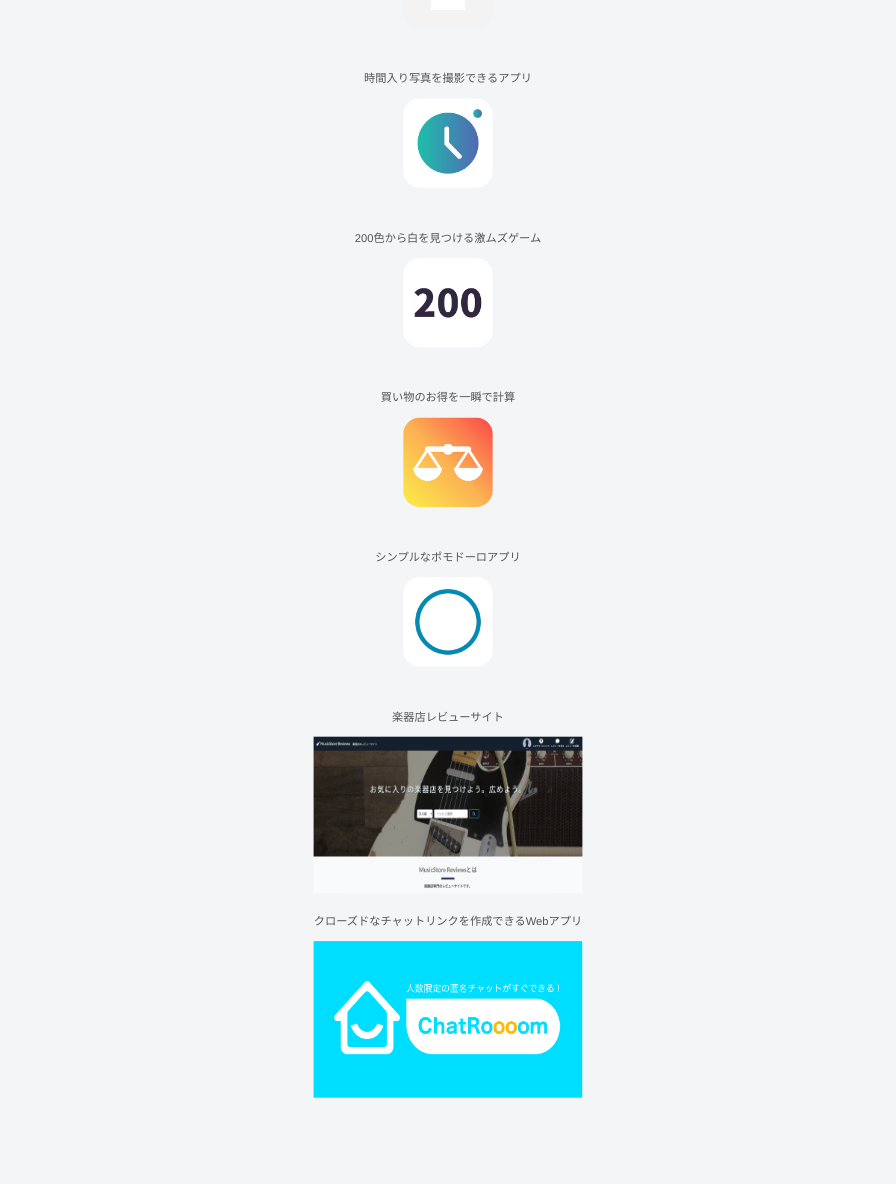
Repository: nosuke0926/my-portfolio
Page: /works
The author's editor kept a copy of each file at every save. The page is drawn from the files as they stood at one save, then again after the next save.
The browser window is 1280 px wide. The pictures show the part of the page from y = 3029 to 4949 px (the page is 4721 px tall before and 4949 px after), at 70% of full size.
The project was rebuilt for these pictures with package versions that can differ from the ones it lists, and the page was loaded fresh each time. The framework's server and built-in components were replaced by stand-ins that run in the browser. Also part of the build but not shown: next.config.js.

Above is the page before, as saved 2022-09-25 22:17:36.

### pages/_app.tsx
import React from 'react'
import { AppProps } from 'next/app'
import NavTabs from '../components/Tab'
import styles from '../components/layout.module.css'
import utilStyles from '../styles/utils.module.css'
import '../styles/styles.scss'

const App = ({ Component, pageProps }: AppProps) => (
  <div className={utilStyles.backgroundColor}>
    <header className={styles.header}>
      <NavTabs />
    </header>
    <Component {...pageProps} />
  </div>
)

export default App

### pages/works.tsx
import Layout from '../components/Layout'
import utilStyles from '../styles/utils.module.css'
import styles from '../components/layout.module.css'
import TransitionsModal from '../components/modal'

const WorksView = (props: any) => (
  <Layout>
    <div className={styles.header}>
      <p>世の中を少しだけ面白く、便利にするサービスを開発しています。</p>
      <section className={utilStyles.headingMd}>
        <p>
          <TransitionsModal
            src="/images/products/subsc.png"
            alt="アプリ（さぶすく）"
            description="サブスクリプションを賢く管理するアプリ"
            appTitle="さぶすく"
            useTechnology={['Flutter', 'Firebase']}
            appDescription="サービスの無料期間終了前にプッシュ通知でお知らせします。毎月・毎年のサブスクリプションサービスにいくらお金を使っているのかもグラフで可視化します。"
            iosUrl="https://apps.apple.com/jp/app/id1506451600?mt=8"
            productHuntUrl="https://www.producthunt.com/posts/subsc?utm_source=badge-featured&utm_medium=badge&utm_souce=badge-subsc"
            productHuntPostId="349809"
            androidUrl="https://play.google.com/store/apps/details?id=com.nosuke.subscriptionManagement&pcampaignid=pcampaignidMKT-Other-global-all-co-prtnr-py-PartBadge-Mar2515-1"
            type="native"
          />
        </p>
        <p>
          <TransitionsModal
            src="/images/products/rapid.png"
            alt="アプリ（爆速Todoメモ）"
            description="起動して2秒でメモできるアプリ"
            appTitle="爆速Todoメモ"
            useTechnology={['Flutter']}
            appDescription="アプリを起動すると同時にキーボードが開きます。また記入と閲覧が同時にできるよう一画面を分割した新しいメモアプリです。"
            iosUrl="https://apps.apple.com/jp/app/id1511398926?mt=8"
            androidUrl="https://play.google.com/store/apps/details?id=com.nosuke.rapid&pcampaignid=pcampaignidMKT-Other-global-all-co-prtnr-py-PartBadge-Mar2515-1"
            type="native"
          />
        </p>
        <p>
          <TransitionsModal
            src="/images/products/yomoo.png"
            alt="アプリ（Yomoo）"
            description="ニューモフィズムな読書管理アプリ"
            appTitle="Yomoo"
            useTechnology={['Flutter']}
            appDescription="2020年~のUIデザインのトレンドであるNeumorphismを取り入れた読書管理アプリです。楽天ブックスAPI、openBDと連携してバーコード読み取りからの書籍登録が可能です。"
            iosUrl="https://apps.apple.com/jp/app/id1516860157?mt=8"
            androidUrl="https://play.google.com/store/apps/details?id=com.nosuke.yomoo&pcampaignid=pcampaignidMKT-Other-global-all-co-prtnr-py-PartBadge-Mar2515-1"
            type="native"
          />
        </p>
        <p>
          <TransitionsModal
            src="/images/products/oshiPay.png"
            alt="アプリ（推しPay）"
            description="推しへの愛を管理&シェアするアプリ"
            appTitle="推しPay"
            useTechnology={['Flutter', 'Firebase']}
            appDescription="「推し」にいくらお金を使っているのかを記録&SNSにシェアできるアプリです。"
            iosUrl="https://apps.apple.com/jp/app/id1523768983?mt=8"
            androidUrl="https://play.google.com/store/apps/details?id=com.nosuke.oshi_pay&pcampaignid=pcampaignidMKT-Other-global-all-co-prtnr-py-PartBadge-Mar2515-1"
            type="native"
          />
        </p>
        <p>
          <TransitionsModal
            src="/images/products/tubenote.png"
            alt="アプリ（TubeNote）"
            description="YouTubeを見ながらメモできるアプリ"
            appTitle="TubeNote"
            useTechnology={['Flutter', 'Firebase', 'Algolia']}
            appDescription="YouTubeを見ながらリアルタイムにメモできるアプリです。"
            iosUrl="https://apps.apple.com/jp/app/id1535634801?mt=8"
            productHuntUrl="https://www.producthunt.com/posts/tubenote?utm_source=badge-featured&utm_medium=badge&utm_souce=badge-tubenote"
            productHuntPostId="279810"
            androidUrl="https://play.google.com/store/apps/details?id=com.nosuke.movieMemo&pcampaignid=pcampaignidMKT-Other-global-all-co-prtnr-py-PartBadge-Mar2515-1"
            type="native"
          />
        </p>
        <p>
          <TransitionsModal
            src="/images/products/migru.png"
            alt="アプリ（ミグル）"
            description="簡単に頭痛を記録するアプリ"
            appTitle="ミグル"
            useTechnology={['Flutter', 'Firebase']}
            appDescription="頭痛の記録・振り返りに特化したシンプルなアプリです。"
            iosUrl="https://apps.apple.com/jp/app/id1564686045?mt=8"
            androidUrl="https://play.google.com/store/apps/details?id=com.nosuke.migraine&pcampaignid=pcampaignidMKT-Other-global-all-co-prtnr-py-PartBadge-Mar2515-1"
            type="native"
          />
        </p>
        <p>
          <TransitionsModal
            src="/images/products/marry_talk.png"
            alt="アプリ（マリートーク）"
            description="夫婦の悩みを匿名チャット"
            appTitle="マリートーク"
            useTechnology={['Flutter', 'Firebase']}
            appDescription="完全匿名&女性限定で夫婦の愚痴や悩みをチャットできるアプリです。"
            iosUrl="https://apps.apple.com/jp/app/id1578903905?mt=8"
            androidUrl="https://play.google.com/store/apps/details?id=com.nosuke.marry_talk&pcampaignid=pcampaignidMKT-Other-global-all-co-prtnr-py-PartBadge-Mar2515-1"
            type="native"
          />
        </p>
        <p>
          <TransitionsModal
            src="/images/products/accounts.png"
            alt="アプリ（アカウントフォルダ）"
            description="サービスのアカウントを一括管理するアプリ"
            appTitle="アカウントフォルダ"
            useTechnology={['Flutter']}
            appDescription="サービスのアカウント・パスワードを一括管理するアプリです。データは暗号化・端末に保存されるためセキュリティも安心です。"
            iosUrl="https://apps.apple.com/jp/app/id1606877526?mt=8"
            androidUrl="https://play.google.com/store/apps/details?id=com.nosuke.account_holder&pcampaignid=pcampaignidMKT-Other-global-all-co-prtnr-py-PartBadge-Mar2515-1"
            type="native"
          />
        </p>
        <p>
          <TransitionsModal
            src="/images/products/password_generator.png"
            alt="アプリ（パスワード生成）"
            description="パスワード生成アプリ"
            appTitle="パスワード生成"
            useTechnology={['Flutter']}
            appDescription="パスワードを生成することに特化したシンプルなアプリです。"
            iosUrl="https://apps.apple.com/jp/app/id1635128935?mt=8"
            androidUrl="https://play.google.com/store/apps/details?id=com.nosuke.password_generator&pcampaignid=pcampaignidMKT-Other-global-all-co-prtnr-py-PartBadge-Mar2515-1"
            type="native"
          />
        </p>
        <p>
          <TransitionsModal
            src="/images/products/diary.png"
            alt="アプリ（超シンプル日記）"
            description="シンプルな日記アプリ"
            appTitle="超シンプル日記"
            useTechnology={['Flutter']}
            appDescription="日記に必要な「書く」と「読む」ことに特化したシンプルなアプリです。"
            iosUrl="https://apps.apple.com/jp/app/id1635770040?mt=8"
            androidUrl="https://play.google.com/store/apps/details?id=com.nosuke.diary&pcampaignid=pcampaignidMKT-Other-global-all-co-prtnr-py-PartBadge-Mar2515-1"
            type="native"
          />
        </p>
        <p>
          <TransitionsModal
            src="/images/products/pdf_converter.png"
            alt="アプリ（PDF変換 - 写真や画像をPDFにすぐに変換）"
            description="画像をPDFに変換するアプリ"
            appTitle="PDF変換 - 写真や画像をPDFにすぐに変換"
            useTechnology={['Flutter']}
            appDescription="画像や写真をPDFに変換することができる、シンプルなアプリです。複数の画像をまとめて選択・PDFに変換できます。"
            iosUrl="https://apps.apple.com/jp/app/id1637249390?mt=8"
            androidUrl="https://play.google.com/store/apps/details?id=com.nosuke.pdf_converter&pcampaignid=pcampaignidMKT-Other-global-all-co-prtnr-py-PartBadge-Mar2515-1"
            type="native"
          />
        </p>
        <p>
          <TransitionsModal
            src="/images/products/extract_audio.png"
            alt="アプリ（音声抽出 - 動画をMP3に変換）"
            description="動画から音声抽出するアプリ"
            appTitle="音声抽出 - 動画をMP3に変換"
            useTechnology={['Flutter']}
            appDescription="動画から音声を抽出するだけのシンプルなアプリです。ワンタップでMP3に変換・ダウンロードできます。"
            iosUrl="https://apps.apple.com/jp/app/id1637563140?mt=8"
            androidUrl="https://play.google.com/store/apps/details?id=com.nosuke.extract_audio&pcampaignid=pcampaignidMKT-Other-global-all-co-prtnr-py-PartBadge-Mar2515-1"
            type="native"
          />
        </p>
        <p>
          <TransitionsModal
            src="/images/products/chekiy.png"
            alt="アプリ（Chekiy）"
            description="画像をチェキ風に加工するアプリ"
            appTitle="Chekiy"
            useTechnology={['Flutter']}
            appDescription="写真をチェキ風に加工できる、一番シンプルなアプリです。思い出の一枚を特別なものに。"
            iosUrl="https://apps.apple.com/jp/app/id1638090871?mt=8"
            androidUrl="https://play.google.com/store/apps/details?id=com.nosuke.polaroid&pcampaignid=pcampaignidMKT-Other-global-all-co-prtnr-py-PartBadge-Mar2515-1"
            type="native"
          />
        </p>
        <p>
          <TransitionsModal
            src="/images/products/timestamp.png"
            alt="アプリ（Timestamp Camera）"
            description="時間入り写真を撮影できるアプリ"
            appTitle="Timestamp Camera"
            useTechnology={['Flutter']}
            appDescription="簡単に写真に日付を入れることができるアプリです。カメラで撮影、もしくは写真フォルダから選択した画像に日付を入れられます。"
            iosUrl="https://apps.apple.com/jp/app/id1639662260?mt=8"
            androidUrl="https://play.google.com/store/apps/details?id=com.nosuke.timestamp&pcampaignid=pcampaignidMKT-Other-global-all-co-prtnr-py-PartBadge-Mar2515-1"
            type="native"
          />
        </p>
        <p>
          <TransitionsModal
            src="/images/products/white.png"
            alt="アプリ（白200色検定）"
            description="200色から白を見つける激ムズゲーム"
            appTitle="白200色検定"
            useTechnology={['Flutter']}
            appDescription="200色から白を見つける激ムズゲームがついに登場！あなたは200種類の白色を区別できますか？"
            iosUrl="https://apps.apple.com/jp/app/id1641219533?mt=8"
            androidUrl="https://play.google.com/store/apps/details?id=com.nosuke.white&pcampaignid=pcampaignidMKT-Other-global-all-co-prtnr-py-PartBadge-Mar2515-1"
            type="native"
          />
        </p>
        <p>
          <TransitionsModal
            src="/images/products/tokubuy.png"
            alt="アプリ（お得比較Pro）"
            description="買い物のお得を一瞬で計算"
            appTitle="お得比較Pro"
            useTechnology={['Flutter']}
            appDescription="お買い物時の「どっちがお得なんだろう？」を解決します。金額と量を入力するだけで、どちらがお得かをすぐに計算します。"
            iosUrl="https://apps.apple.com/jp/app/id1644566128?mt=8"
            androidUrl="https://play.google.com/store/apps/details?id=com.nosuke.tokubuy&pcampaignid=pcampaignidMKT-Other-global-all-co-prtnr-py-PartBadge-Mar2515-1"
            type="native"
          />
        </p>
        <p>
          <TransitionsModal
            src="/images/products/just_focus.png"
            alt="アプリ（JustFocus）"
            description="シンプルなポモドーロアプリ"
            appTitle="JustFocus"
            useTechnology={['Flutter']}
            appDescription="シンプルなポモドーロアプリです。"
            iosUrl="https://apps.apple.com/jp/app/id1645642989?mt=8"
            androidUrl="https://play.google.com/store/apps/details?id=com.nosuke.pomodoro&pcampaignid=pcampaignidMKT-Other-global-all-co-prtnr-py-PartBadge-Mar2515-1"
            type="native"
          />
        </p>
        <p>
          <TransitionsModal
            src="/images/products/music-store-reviews/cover.jpeg"
            alt="Webアプリ（MusicStore Reviews）"
            description="楽器店レビューサイト"
            appTitle="MusicStore Reviews"
            useTechnology={['Laravel', 'Vue.js', 'Python']}
            appDescription="日本初の楽器店レビューサイト。楽器店のデータはWebスクレイピングで取得しました。一部Vue.jsを使用しています。"
            webUrl="https://musicstore-reviews.com/"
            type="web"
          />
        </p>
        <p>
          <TransitionsModal
            src="/images/products/chatroooom/chatroooom.png"
            alt="Webアプリ（ChatRoooom）"
            description="クローズドなチャットリンクを作成できるWebアプリ"
            appTitle="ChatRoooom"
            useTechnology={['Vue.js', 'Nuxt.js', 'Firebase']}
            appDescription="ChatRoooomは簡単に人数限定のチャットルームを作成できるサービスです。チャット内容は24時間後に削除されるので、プライバシーも安心です。"
            webUrl="https://chatroooom.net/"
            type="web"
          />
        </p>
      </section>
    </div>
  </Layout>
)

export default WorksView

### components/Tab.tsx
import Link from 'next/link'
import React from 'react'
import { makeStyles, Theme } from '@material-ui/core/styles'
import AppBar from '@material-ui/core/AppBar'
import Tabs from '@material-ui/core/Tabs'
import Tab from '@material-ui/core/Tab'
// import Typography from '@material-ui/core/Typography'
// import Box from '@material-ui/core/Box'

// interface TabPanelProps {
//   children?: React.ReactNode
//   index: any
//   value: any
// }

// function TabPanel(props: TabPanelProps) {
//   const { children, value, index, ...other } = props

//   return (
//     <div
//       role="tabpanel"
//       hidden={value !== index}
//       id={`nav-tabpanel-${index}`}
//       aria-labelledby={`nav-tab-${index}`}
//       {...other}
//     >
//       {value === index && (
//         <Box p={3}>
//           <Typography>{children}</Typography>
//         </Box>
//       )}
//     </div>
//   )
// }

function a11yProps(index: any) {
  return {
    id: `nav-tab-${index}`,
    'aria-controls': `nav-tabpanel-${index}`,
  }
}

interface LinkTabProps {
  label?: string
  href?: string
}

function LinkTab(props: LinkTabProps) {
  return (
    <Tab
      component="a"
      onClick={(event: React.MouseEvent<HTMLAnchorElement, MouseEvent>) => {
        event.preventDefault()
      }}
      {...props}
    />
  )
}

const useStyles = makeStyles((theme: Theme) => ({
  root: {
    flexGrow: 1,
    backgroundColor: theme.palette.background.paper,
  },
}))

export default function NavTabs() {
  const classes = useStyles()
  const [value, setValue] = React.useState(0)

  const handleChange = (event: React.ChangeEvent<{}>, newValue: number) => {
    setValue(newValue)
  }

  return (
    <div className={classes.root}>
      <AppBar position="static" color="default">
        <Tabs
          TabIndicatorProps={{ style: { background: 'transparent' } }}
          textColor="primary"
          variant="fullWidth"
          value={value}
          onChange={handleChange}
          aria-label="nav tabs example"
        >
          <Link href="/">
            <LinkTab label="Home" href="/" {...a11yProps(0)} />
          </Link>
          <Link href="/works">
            <LinkTab label="Works" href="/works" {...a11yProps(1)} />
          </Link>
          <Link href="/contact">
            <LinkTab label="Contact" href="/contact" {...a11yProps(2)} />
          </Link>
        </Tabs>
      </AppBar>
      {/* <TabPanel value={value} index={0}>
        Page One
      </TabPanel>
      <TabPanel value={value} index={1}>
        Page Two
      </TabPanel>
      <TabPanel value={value} index={2}>
        Page Three
      </TabPanel> */}
    </div>
  )
}

### components/layout.module.css
.container {
  max-width: 36rem;
  padding: 0 1rem;
  margin: 3rem auto 6rem;
}

.header {
  display: flex;
  flex-direction: column;
  align-items: center;
}

.headerImage {
  width: 6rem;
  height: 6rem;
}

.headerHomeImage {
  width: 8rem;
  height: 8rem;
}

.appIconImage {
  margin: 1rem;
  width: 8rem;
  height: 8rem;
  margin: auto;
  transition: transform 0.5s;
  margin-bottom: 2rem;
}
.appIconImage:hover {
  transform: scale(1.2);
}

.webApplicationImage {
  width: 24rem;
  height: 14rem;
  align-items: center;
  transition: transform 0.5s;
}
.webApplicationImage:hover {
  transform: scale(1.1);
}

.backToHome {
  margin: 3rem 0 0;
}

.socialIcon {
  color: rgb(168, 171, 176);
  margin: 0 2rem;
  font-size: 2rem;
}

.socialIcon:hover {
  color: rgb(83, 84, 87);
}

.appDescriptionText {
  color: rgb(83, 84, 87);
  font-size: 1rem;
  text-align: center;
}

.iosButton {
  display: inline-block;
  overflow: hidden;
  background: url(https://tools.applemediaservices.com/api/badges/download-on-the-app-store/black/en-us?)
    no-repeat;
  width: 120px;
  height: 40px;
}

.androidButton {
  width: 155px;
  margin-top: 0.4rem;
}

.productHuntButton {
  /* width: 250px;
  height: 54px; */
  width: 160px;
  margin: 0.1rem;
}

.appButtonAlign {
  display: flex;
  flex-direction: row;
  align-items: center;
  flex-wrap: wrap;
}

### styles/utils.module.css
.heading2Xl {
  font-size: 1.5rem;
  line-height: 1.2;
  font-weight: 800;
  letter-spacing: -0.05rem;
  margin: 1rem 0;
}

.headingXl {
  font-size: 2rem;
  line-height: 1.3;
  font-weight: 800;
  letter-spacing: -0.05rem;
  margin: 1rem 0;
}

.headingLg {
  font-size: 1.5rem;
  line-height: 1.4;
  margin: 1rem 0;
}

.headingMd {
  font-size: 1.2rem;
  line-height: 1.5;
}

.borderCircle {
  border-radius: 9999px;
}

.borderAppIcon {
  border-radius: 1.5rem;
}

.colorInherit {
  color: inherit;
}

.padding1px {
  padding-top: 1px;
}

.list {
  list-style: none;
  padding: 0;
  margin: 0;
}

.listItem {
  margin: 0 0 1.25rem;
}

.center {
  text-align: center;
}

### styles/styles.scss
@import '~normalize.css';
body {
  background-color: #f4f5f7;
  color: rgb(83, 84, 87);
  font-family: 'Helvetica Neue', Arial, 'Hiragino Kaku Gothic ProN',
    'Hiragino Sans', Meiryo, sans-serif;
}

### components/Layout.tsx
import Head from 'next/head'
import styles from './layout.module.css'
// import utilStyles from '../styles/utils.module.css'
// import Link from 'next/link'

export const siteTitle = 'のすけのポートフォリオサイト'

export default function Layout({ children }: any) {
  const trackingId: string = process.env.ga_tracking_id!
  const description: string =
    'Webエンジニアとして活動している、Nagese Ryunosukeのポートフォリオサイトです。'
  const url: string = 'https://nosuke-portfolio.web.app/'
  const image = 'https://nosuke-portfolio.web.app/images/portfolio_ogp.png'
  return (
    <div className={styles.container}>
      <Head>
        <script
          async
          src={`https://www.googletagmanager.com/gtag/js?id=${trackingId}`}
        ></script>
        <script
          dangerouslySetInnerHTML={{
            __html: `(function(){ window.dataLayer = window.dataLayer || [];function gtag(){dataLayer.push(arguments);}gtag('js', new Date());gtag('config', '${trackingId}');})`,
          }}
        />
        <title>のすけのポートフォリオ</title>
        <meta name="description" content={description} />

        <meta property="og:title" content={siteTitle} />
        <meta property="og:description" content={description} />
        <meta property="og:type" content="blog" />
        <meta property="og:url" content={url} />
        <meta property="og:image" content={image} />
        <meta property="og:site_name" content={siteTitle} />
        <meta property="twitter:card" content="summary_large_image" />
        <meta property="twitter:site" content="@nosuke926" />
        <meta property="twitter:url" content={url} />
        <meta property="twitter:title" content={siteTitle} />
        <meta property="twitter:description" content={description} />
        <meta property="twitter:image" content={image} />
        {/* <link rel="canonical" href={url} /> */}
        {/* <link rel="apple-touch-icon" href={image} /> */}
        <meta
          name="google-site-verification"
          content="7LNV_CLMRiHwoVKdUbRlCdyJ0TIhYsWJh2PT3cJEO9w"
        />
      </Head>

      <main>{children}</main>
    </div>
  )
}

Loaded but not shown: components/modal.tsx (118 lines, source omitted)

After the next save:
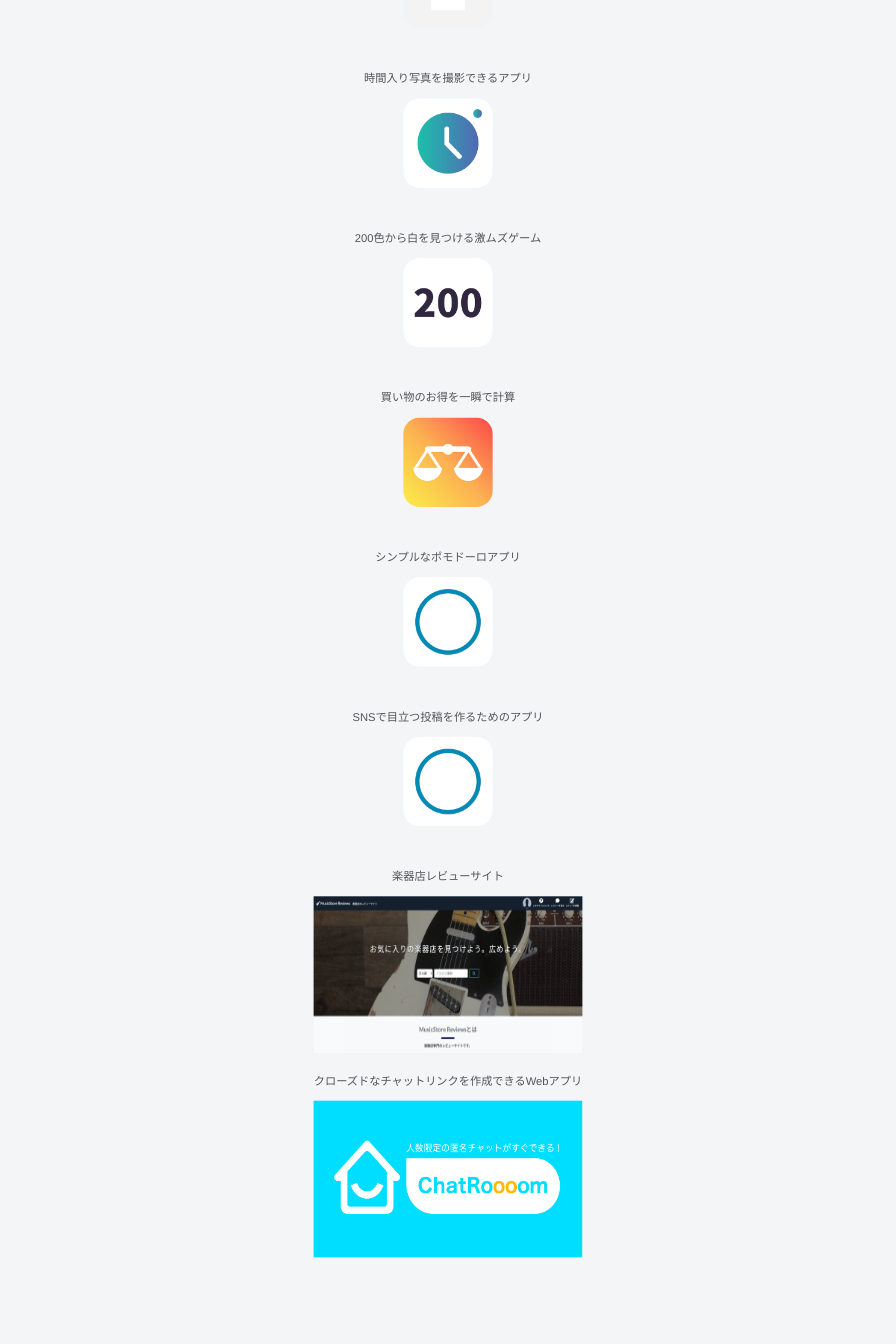
Saved 12 days later.
--- a/pages/works.tsx
+++ b/pages/works.tsx
@@ -235,6 +235,19 @@
         </p>
         <p>
           <TransitionsModal
+            src="/images/products/just_focus.png"
+            alt="アプリ（囲みメモ）"
+            description="SNSで目立つ投稿を作るためのアプリ"
+            appTitle="囲みメモ"
+            useTechnology={['Flutter']}
+            appDescription="SNSでよく見かける囲い文字、強調線をコピペで呼び出せるシンプルなアプリです。"
+            iosUrl="https://apps.apple.com/jp/app/id1645642989?mt=8"
+            androidUrl="https://play.google.com/store/apps/details?id=com.nosuke.pomodoro&pcampaignid=pcampaignidMKT-Other-global-all-co-prtnr-py-PartBadge-Mar2515-1"
+            type="native"
+          />
+        </p>
+        <p>
+          <TransitionsModal
             src="/images/products/music-store-reviews/cover.jpeg"
             alt="Webアプリ（MusicStore Reviews）"
             description="楽器店レビューサイト"
